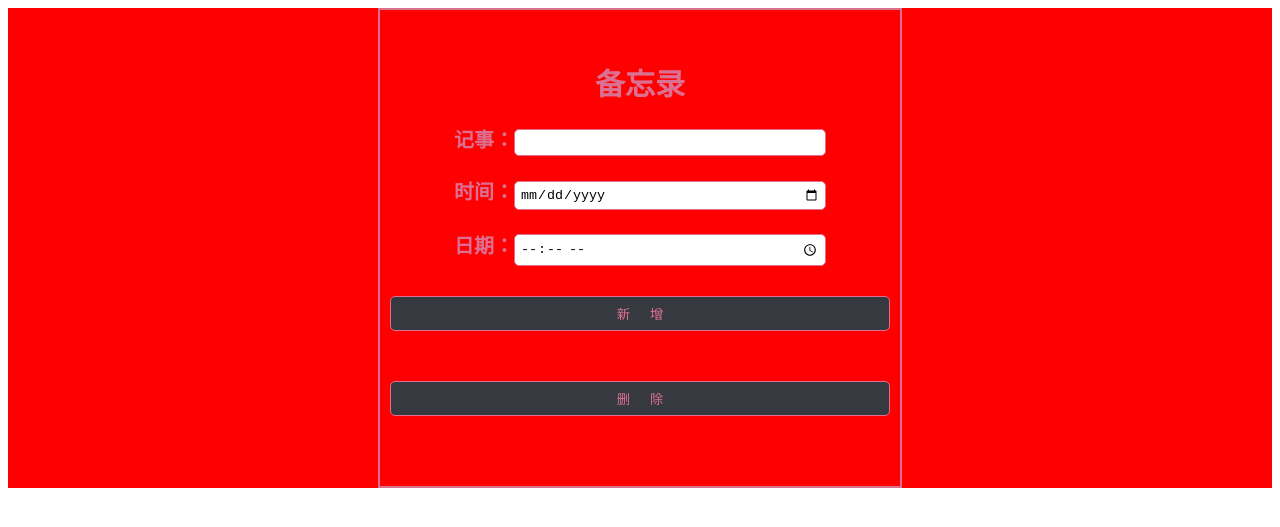
Repository: ErosHai/ReactDemo
Page: /
These files come from the project's save history. The page is drawn as it stood at one moment and after the next save; the edit follows.
The browser window is 1280 px wide. The pictures show the whole page.
The project was rebuilt for these pictures with package versions that can differ from the ones it lists, and the page was loaded fresh each time. Also part of the build but not shown: src/pages/Home/components/Item/index.js.

Above is the page before, as saved 2022-03-17 21:39:21.

After the next save:
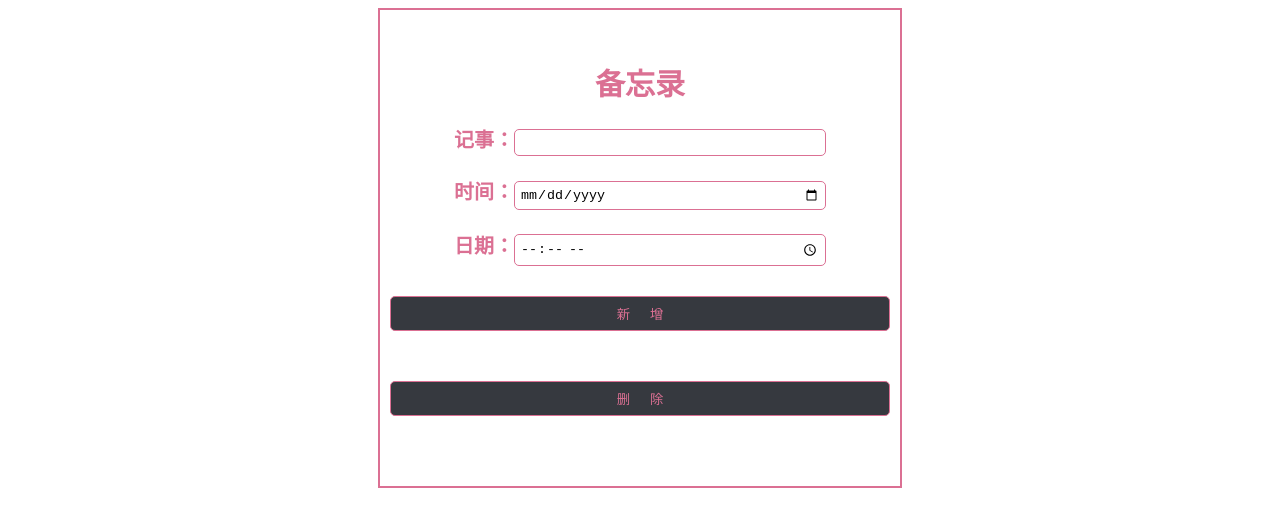
Saved 94 s later.
--- a/src/pages/Home/index.js
+++ b/src/pages/Home/index.js
@@ -14,7 +14,7 @@ const Container = styled.h1`
 	color: palevioletred;
 `
 const Body = styled.body`
-	background-color: red;
+	background-color: Body;
 	margin: 0;
 	padding: 0;
 `
